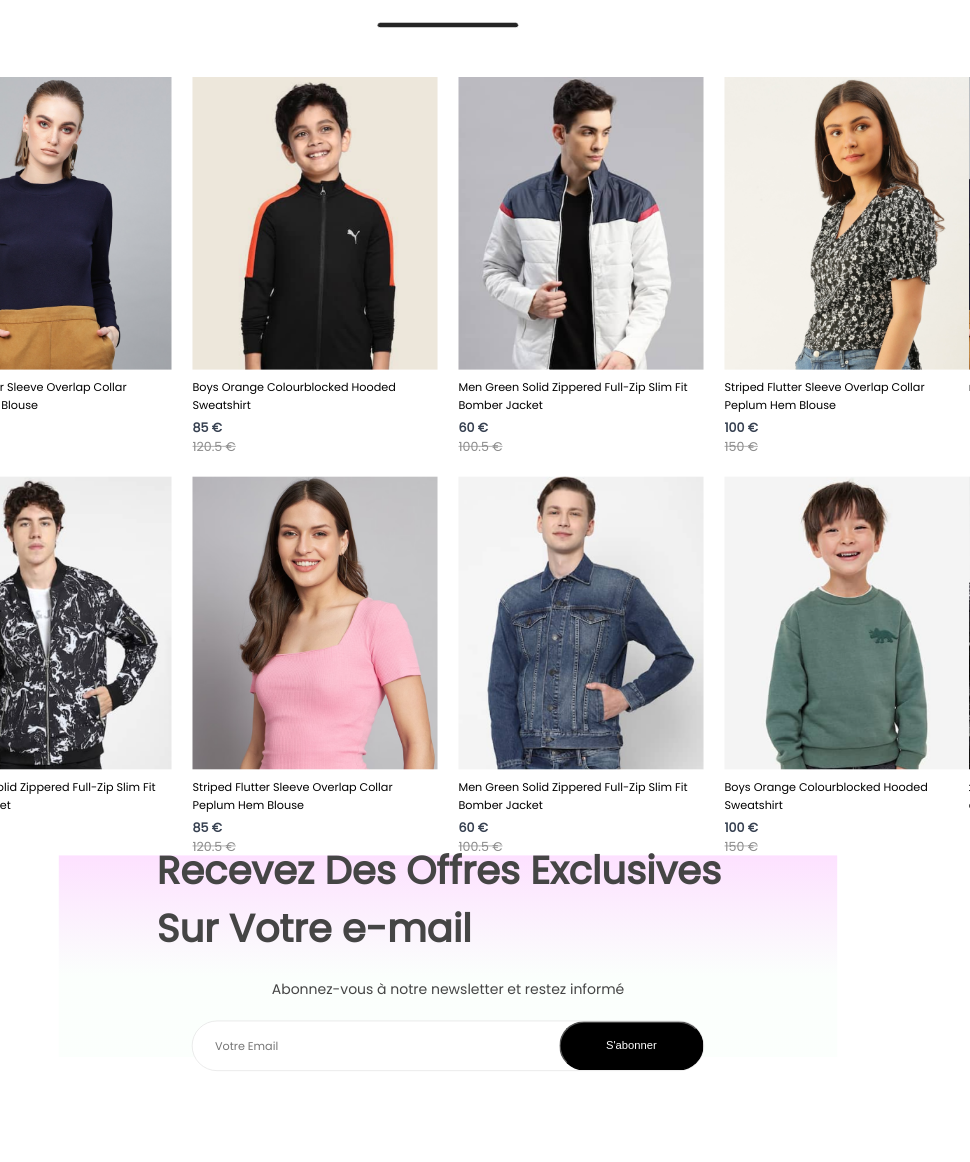
Repository: Flora-J/frontend
Page: /
An editor plug-in stored every save of this project. The page is shown before and after the next save, followed by the edit.
The browser window is 1280 px wide. The page is 1385 px wide, so the pictures cover 1385 px, including what lies to the right of the window. The pictures show the part of the page from y = 2110 to 3870 px (the page is 3770 px tall before and 3870 px after), at 70% of full size.
The project was rebuilt for these pictures with package versions that can differ from the ones it lists, and the page was loaded fresh each time. Also part of the build but not shown: src/App.css, src/pages/ShopCategory.jsx, src/pages/Product.jsx, src/pages/Cart.jsx, src/pages/LoginSignup.jsx.

Above is the page before, as saved 2023-11-24 12:03:41.

After the next save:
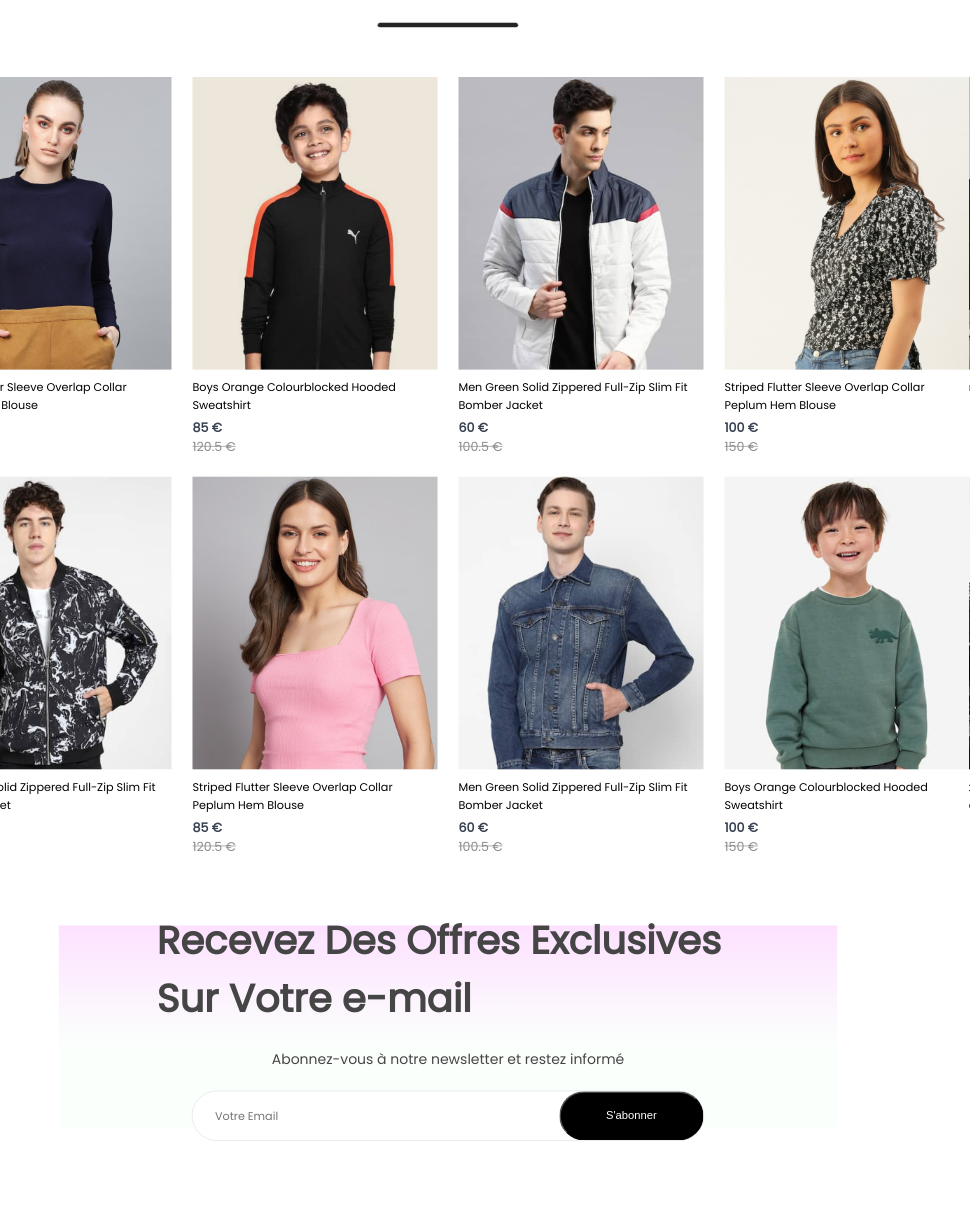
Saved 9 s later.
--- a/src/components/NewCollections/NewCollections.css
+++ b/src/components/NewCollections/NewCollections.css
@@ -3,7 +3,7 @@
   flex-direction: column;
   align-items: center;
   gap: 20px;
-  margin-bottom: 100;
+  margin-bottom: 100px;
 }
 
 .new-collections h1 {
